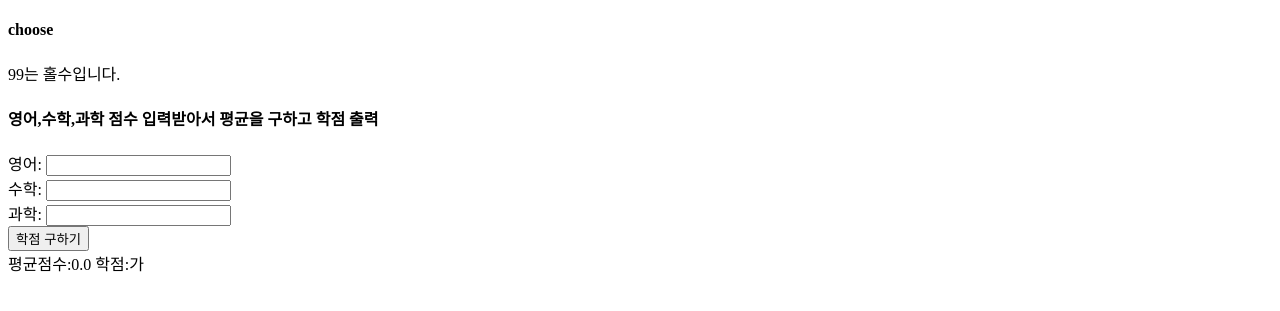
Repository: hyojinx/JspStudy
Page: http://localhost/jspstudy/11JSTL/Choose.jsp
An editor plug-in stored every save of this project. The page is shown before and after the next save, followed by the edit.
The browser window is 1280 px wide. The pictures show the whole page.
The page is served by Tomcat 9. Other server files are loaded and not shown.

Above is the page before, as saved 2023-04-10 03:11:25.

### jspstudy/src/main/webapp/11JSTL/Choose.jsp
<%@ page language="java" contentType="text/html; charset=UTF-8"
    pageEncoding="UTF-8"%>
<%@ taglib prefix="c" uri = "http://java.sun.com/jsp/jstl/core"%>
<!DOCTYPE html>
<html>
<head>
<meta charset="UTF-8">
<title>JSTLcore choose/when/otherwise</title>
</head>
<body>
	<c:set var="num" value="99"/>

	<h4>choose</h4>
	<c:choose>
		<c:when test="${num mod 2 eq 0}">
			${num}는 짝수입니다.
		</c:when>
		<c:otherwise>
			${num}는 홀수입니다.
		</c:otherwise>
	</c:choose>

	<h4>영어,수학,과학 점수 입력받아서 평균을 구하고 학점 출력</h4>
	<form>
		영어: <input type="text" name="eng"/><br>
		수학: <input type="text" name="math"/><br>
		과학: <input type="text" name="sci"/><br>
		<input type="submit" value="학점 구하기"/>
	</form>
	<!-- 90이상 수, 80이상 우, 70이상 미, 60이상 양, 나머지 가 -->
	<!-- 평균점수: ?? / 학점: ?? -->

	<c:set var="avg" value="${(param.eng+param.math+param.sci)/3}"/>
	평균점수:${avg }
	<c:choose>
		<c:when test="${avg ge 90 }">
			학점:수
		</c:when>
		<c:when test="${avg ge 80 }">
			학점:우
		</c:when>
		<c:when test="${avg ge 70 }">
			학점:미
		</c:when>
		<c:when test="${avg ge 60 }">
			학점:양
		</c:when>
		<c:otherwise>
			학점:가
		</c:otherwise>
	</c:choose>



</body>
</html>

After the next save:
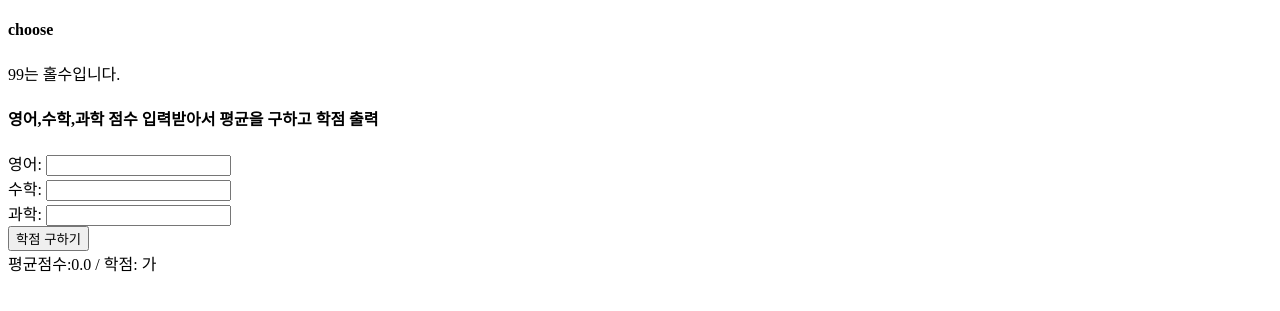
Saved 2 min 41 s later.
--- a/jspstudy/src/main/webapp/11JSTL/Choose.jsp
+++ b/jspstudy/src/main/webapp/11JSTL/Choose.jsp
@@ -31,23 +31,13 @@
 	<!-- 평균점수: ?? / 학점: ?? -->
 
 	<c:set var="avg" value="${(param.eng+param.math+param.sci)/3}"/>
-	평균점수:${avg }
+	평균점수:${avg} / 학점:
 	<c:choose>
-		<c:when test="${avg ge 90 }">
-			학점:수
-		</c:when>
-		<c:when test="${avg ge 80 }">
-			학점:우
-		</c:when>
-		<c:when test="${avg ge 70 }">
-			학점:미
-		</c:when>
-		<c:when test="${avg ge 60 }">
-			학점:양
-		</c:when>
-		<c:otherwise>
-			학점:가
-		</c:otherwise>
+		<c:when test="${avg ge 90 }">수</c:when>
+		<c:when test="${avg ge 80 }">우</c:when>
+		<c:when test="${avg ge 70 }">미</c:when>
+		<c:when test="${avg ge 60 }">양</c:when>
+		<c:otherwise>가</c:otherwise>
 	</c:choose>
 
 
